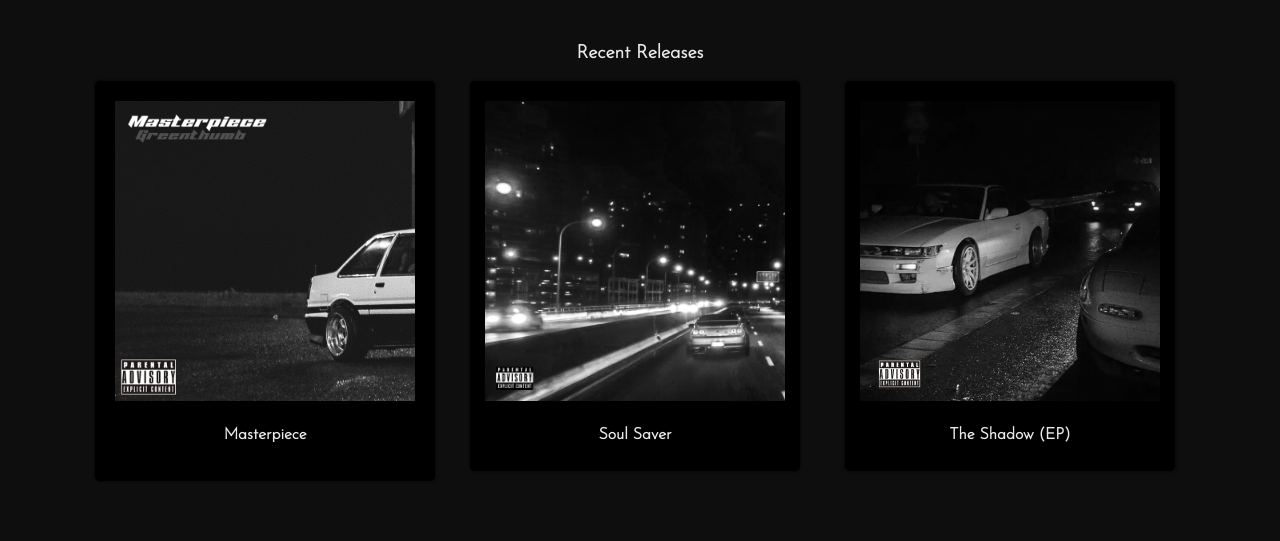
Repository: shayanabedi98/Greenthumb
Page: index.html
An editor plug-in stored every save of this project. The page is shown before and after the next save, followed by the edit.
The browser window is 1280 px wide. The pictures show the part of the page from y = 734 to 1275 px (the page is 1275 px tall).
The pointer rests on the first visible `.card`.

Above is the page before, as saved 2023-08-15 13:19:16.

After the next save:
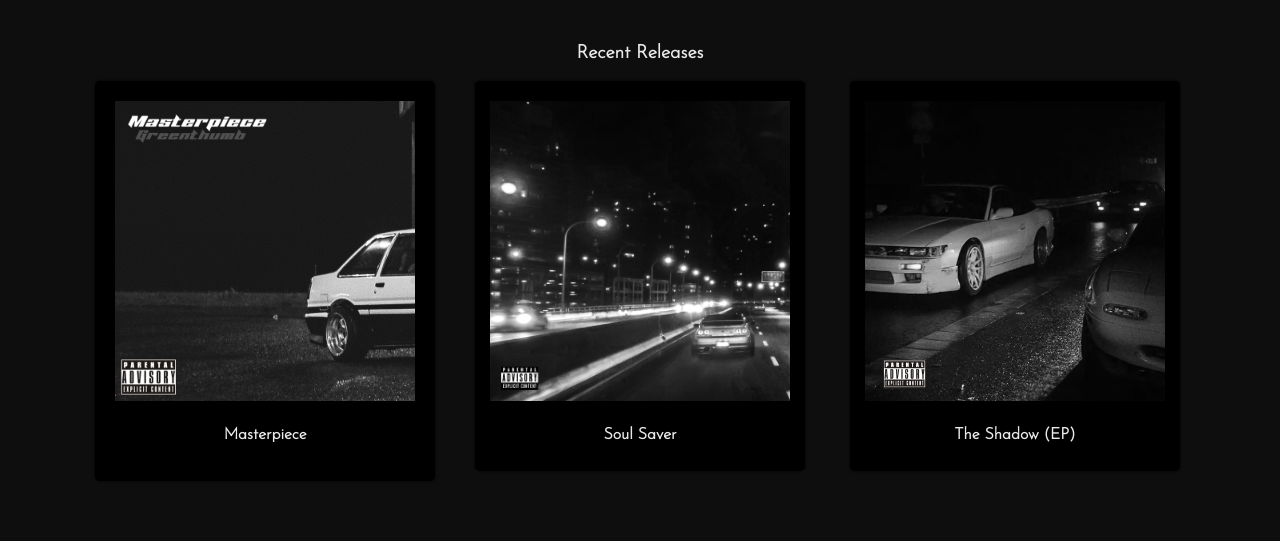
Saved 7 s later.
--- a/styles.css
+++ b/styles.css
@@ -65,7 +65,7 @@
     height: 370px;
     width: 340px;
     padding: ;
-    margin: 0 10px;
+    margin: 0 15px;
     transition: ease-in-out 0.3s;
 }
 
